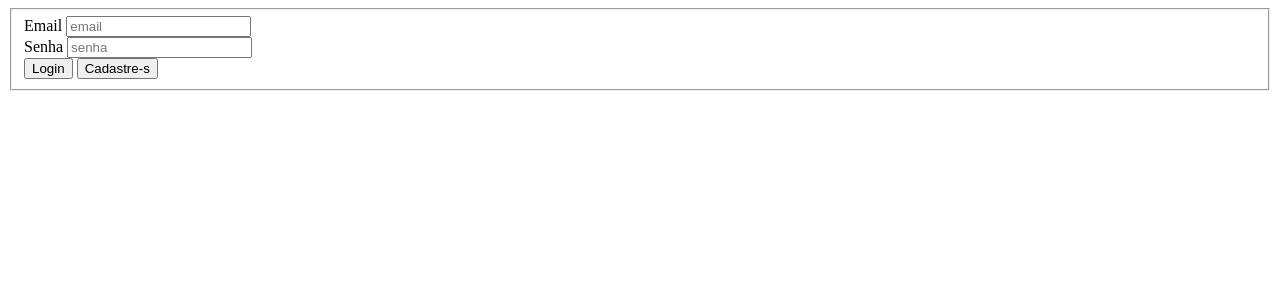
Repository: moises2112/Projetos
Page: http://localhost/Dog/LoginController.do?action=logar
The author's editor kept a copy of each file at every save. The page is drawn from the files as they stood at one save, then again after the next save.
The browser window is 1280 px wide. The pictures show the whole page.
The page is served by Tomcat 9.

Above is the page before, as saved 2017-06-10 17:05:04.

After the next save:
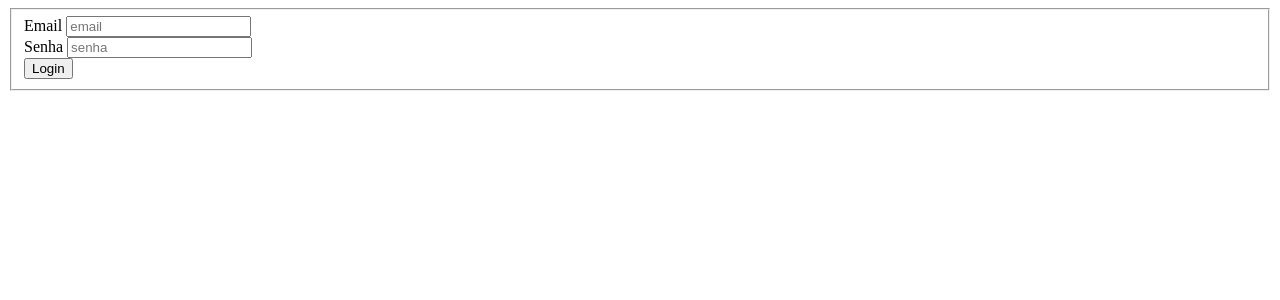
Saved 42 s later.
--- a/Dog/WebContent/login.jsp
+++ b/Dog/WebContent/login.jsp
@@ -22,7 +22,7 @@
 			</div>
 			<div>
 				<input type="submit" value="Login" />
-				<button href="./cadastrar.jsp">Cadastre-s</button>
+				<button hidden="./cadastrar.jsp">Cadastre-se</button>
 			</div>
 
 		</fieldset>
